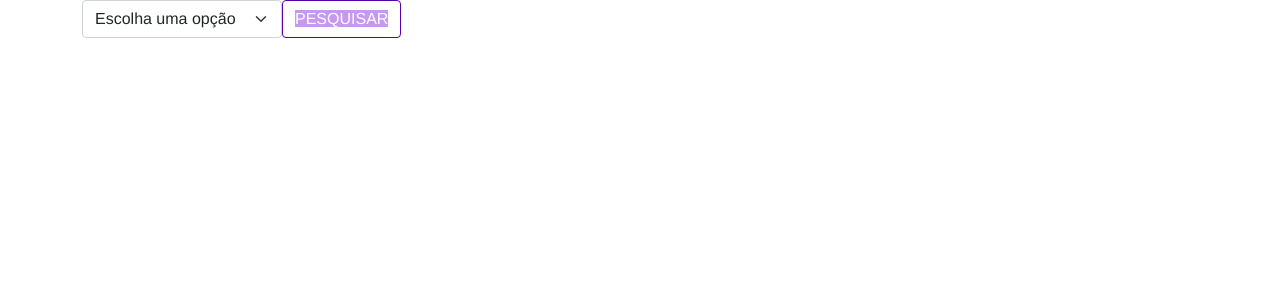
Repository: LuismGil/Countries-list
Page: /
These files come from the project's save history. The page is drawn as it stood at one moment and after the next save; the edit follows.
The browser window is 1280 px wide. The pictures show the whole page.
The project was rebuilt for these pictures with package versions that can differ from the ones it lists, and the page was loaded fresh each time.

Above is the page before, as saved 2021-05-22 21:20:23.

After the next save:
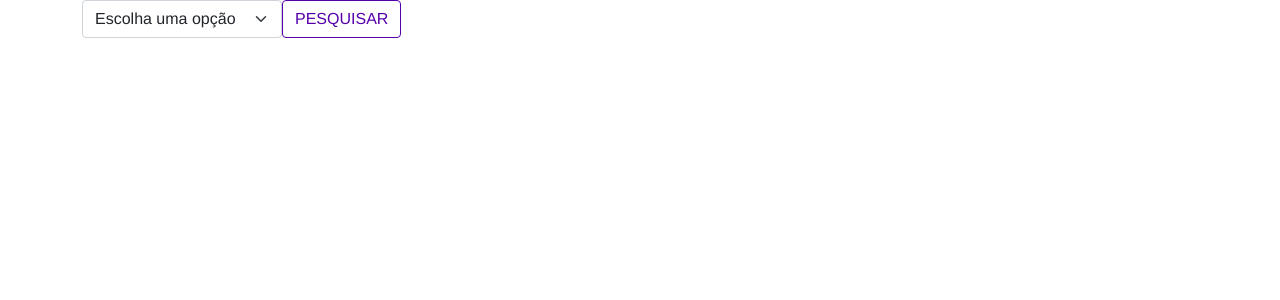
Saved 17 s later.
--- a/src/components/MvCountries.vue
+++ b/src/components/MvCountries.vue
@@ -36,7 +36,7 @@ export default {
   width: 200px;
 }
 
-.btn-find {
+.btn-span {
    color: #fff;
   background-color: #c599f2;
 }

After the save that followed:
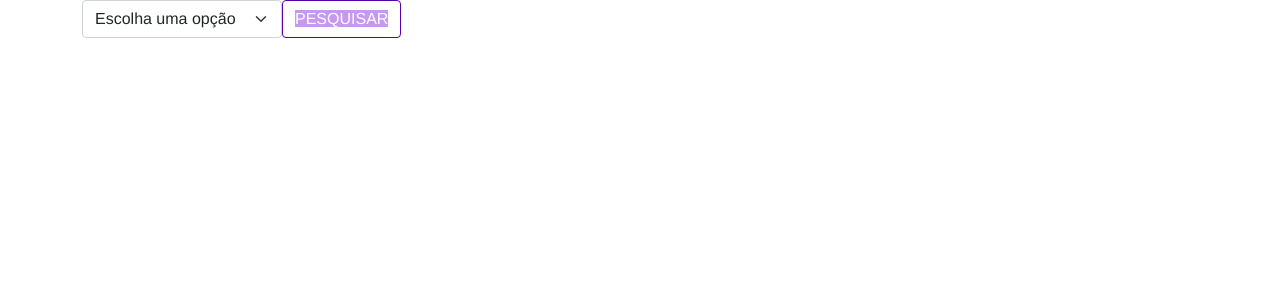
Saved 9 s later.
--- a/src/components/MvCountries.vue
+++ b/src/components/MvCountries.vue
@@ -10,7 +10,7 @@
       <option value="5">Código de ligação</option>
     </select>
     <mv-button >
-        <span class="btn-find">PESQUISAR</span>
+        <span class="btn-span">PESQUISAR</span>
     </mv-button>
     </div>
 
